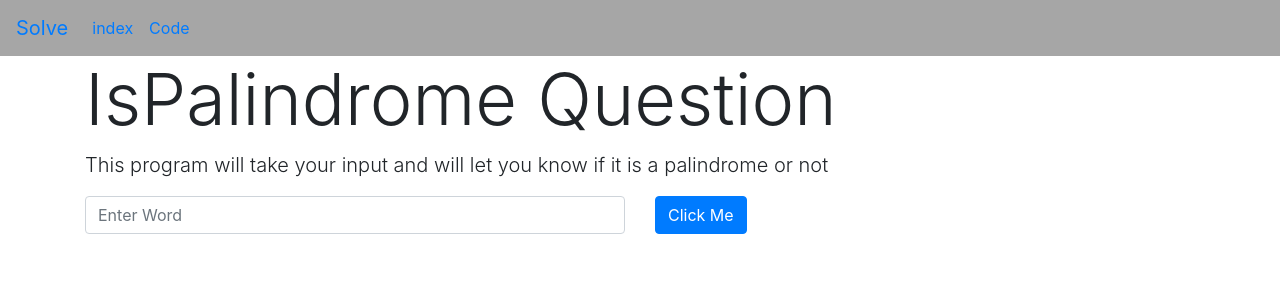
Repository: zhadjah9559/TacocatGrammar
Page: solve.html
These files come from the project's save history. The page is drawn as it stood at one moment and after the next save; the edit follows.
The browser window is 1280 px wide. The pictures show the whole page.

Above is the page before, as saved 2021-01-12 00:56:24.

### solve.html
<!doctype html>
<html lang="en">
  <head>
    <title>Solve</title>
    <!-- Required meta tags -->
    <meta charset="utf-8">
    <meta name="viewport" content="width=device-width, initial-scale=1, shrink-to-fit=no">

    <!-- Bootstrap CSS -->
    <link rel="stylesheet" href="https://stackpath.bootstrapcdn.com/bootstrap/4.3.1/css/bootstrap.min.css" integrity="sha384-ggOyR0iXCbMQv3Xipma34MD+dH/1fQ784/j6cY/iJTQUOhcWr7x9JvoRxT2MZw1T" crossorigin="anonymous">
  </head>
  <body>


    <nav class="navbar navbar-expand-sm" style="background-color: #A6A6A6;">
        <a class="navbar-brand" href="#">Solve</a>
        <button class="navbar-toggler d-lg-none" type="button" data-toggle="collapse" data-target="#collapsibleNavId" aria-controls="collapsibleNavId"
            aria-expanded="false" aria-label="Toggle navigation"></button>
        <div class="collapse navbar-collapse" id="collapsibleNavId">
            <ul class="navbar-nav mr-auto mt-2 mt-lg-0">
                <li class="nav-item active">
                    <a class="nav-link" href="index.html">index <span class="sr-only">(current)</span></a>
                </li>
                <li class="nav-item">
                    <a class="nav-link" href="code.html">Code</a>
                </li>
            </ul>
        </div>
    </nav>



        <div class="container">
            <div class="row">
                <div class="col">
                    <h1 class="display-3">IsPalindrome Question</h1>
                    <p class="lead">This program will take your input and will let you know if it is a palindrome or not</p>
                </div>
            </div>
        </div>



    <div class="container">
        <div class="row justify-content-center">
            <!--col 2 is input-->
            <div class="col align-items-center">
                <input id="userInput" type="text" class="form-control" placeholder="Enter Word">
            </div>

            <!--col 3 is a button-->
            <!--but is what we'll use to iplement listner-->
            <div class="col">
                <button id="userInputBtn" class="btn btn-primary">Click Me</button>
            </div>
        </div>

        <div class="row">
            <div class="col">
                <p id="output">  </p>
            </div>
        </div>
    </div>




    <!-- Optional JavaScript -->
    <!-- jQuery first, then Popper.js, then Bootstrap JS -->
    <script src="https://code.jquery.com/jquery-3.3.1.slim.min.js" integrity="sha384-q8i/X+965DzO0rT7abK41JStQIAqVgRVzpbzo5smXKp4YfRvH+8abtTE1Pi6jizo" crossorigin="anonymous"></script>
    <script src="https://cdnjs.cloudflare.com/ajax/libs/popper.js/1.14.7/umd/popper.min.js" integrity="sha384-UO2eT0CpHqdSJQ6hJty5KVphtPhzWj9WO1clHTMGa3JDZwrnQq4sF86dIHNDz0W1" crossorigin="anonymous"></script>
    <script src="https://stackpath.bootstrapcdn.com/bootstrap/4.3.1/js/bootstrap.min.js" integrity="sha384-JjSmVgyd0p3pXB1rRibZUAYoIIy6OrQ6VrjIEaFf/nJGzIxFDsf4x0xIM+B07jRM" crossorigin="anonymous"></script>
    <script src="js/custom.js"> </script>

  </body>
</html>

### js/custom.js
document.getElementById("userInputBtn").addEventListener("click", ()=>{
    //userInput = {"input"}
    let userInput = document.getElementById("userInput").value

    //convert string to an array  { "i", "n", "p", "u", "t" }
    let arrayElements = userInput.split('')

    //reverse array  =  { "t", "u", "p", "i", "n"}
    let reverseArray = arrayElements.reverse();

    //reversestring  =  {"tupin"}
    let reversedString = reverseArray.join('');

    if(userInput == reversedString){
        document.getElementById("output").innerHTML = "🌮The input you entered is a Palindrome!!😻"
    }else{
        document.getElementById("output").innerHTML = "❌The input you entered is NOT a Palindrome😿"
    }
    document.getElementById("userInput").innerHTML = ""
})

After the next save:
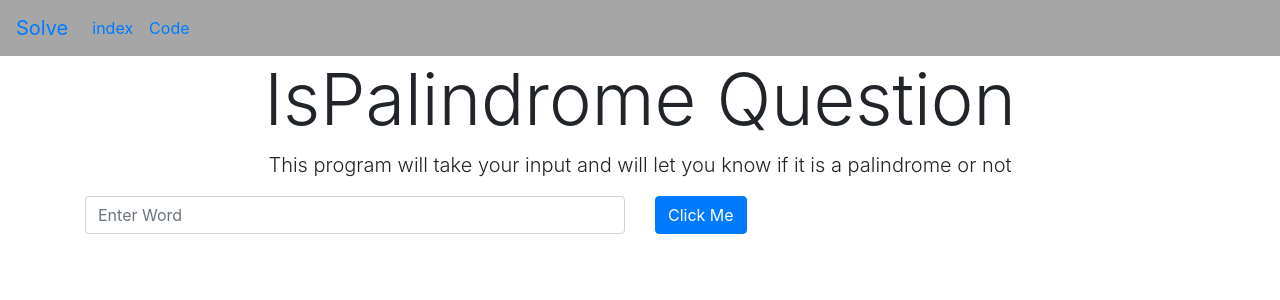
Saved 81 s later.
--- a/solve.html
+++ b/solve.html
@@ -32,7 +32,7 @@
 
         <div class="container">
             <div class="row">
-                <div class="col">
+                <div class="col text-center">
                     <h1 class="display-3">IsPalindrome Question</h1>
                     <p class="lead">This program will take your input and will let you know if it is a palindrome or not</p>
                 </div>
